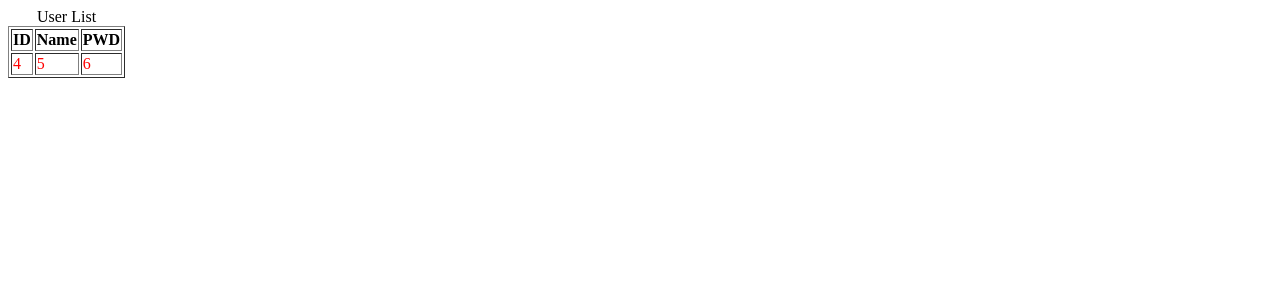
Repository: Scoobi-wisdoom/web
Page: d01/web/a4.html
An editor plug-in stored every save of this project. The page is shown before and after the next save, followed by the edit.
The browser window is 1280 px wide. The pictures show the whole page.

Above is the page before, as saved 2020-08-05 05:29:16.

After the next save:
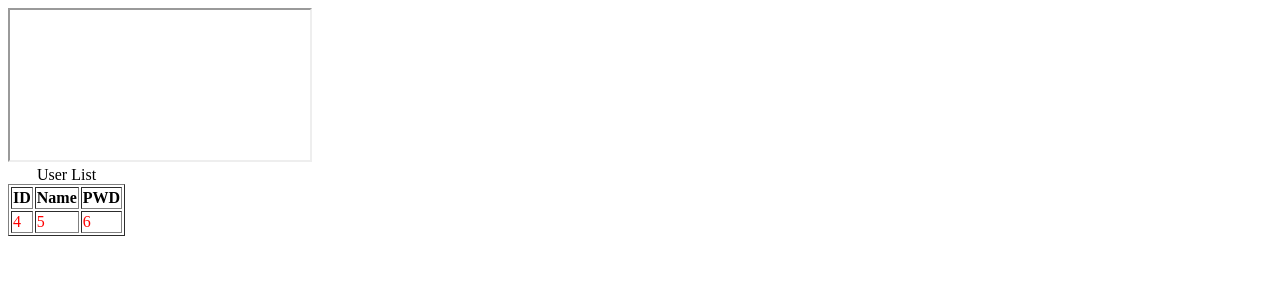
Saved 5 min 41 s later.
--- a/d01/web/a4.html
+++ b/d01/web/a4.html
@@ -10,6 +10,11 @@
 </style>
 </head>
 <body>
+<!-- iFrame Test -->
+<iframe>
+
+</iframe>
+
 <!-- Table Test -->
 <table border="1">
  <caption> User List </caption>
